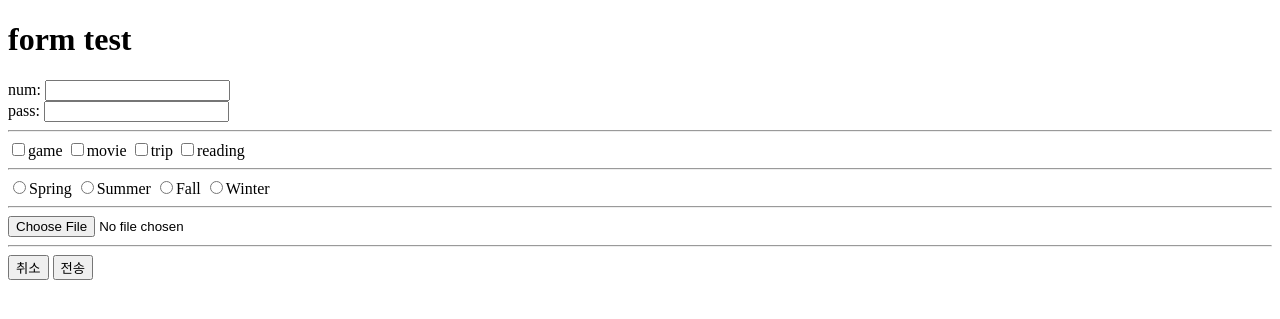
Repository: hyungju2/SSAFY_JavaPractice
Page: 20190211_HTML/web_java/HTMLProject/WebContent/html/InputTag.html
These files come from the project's save history. The page is drawn as it stood at one moment and after the next save; the edit follows.
The browser window is 1280 px wide. The pictures show the whole page.

Above is the page before, as saved 2019-02-11 05:51:16.

After the next save:
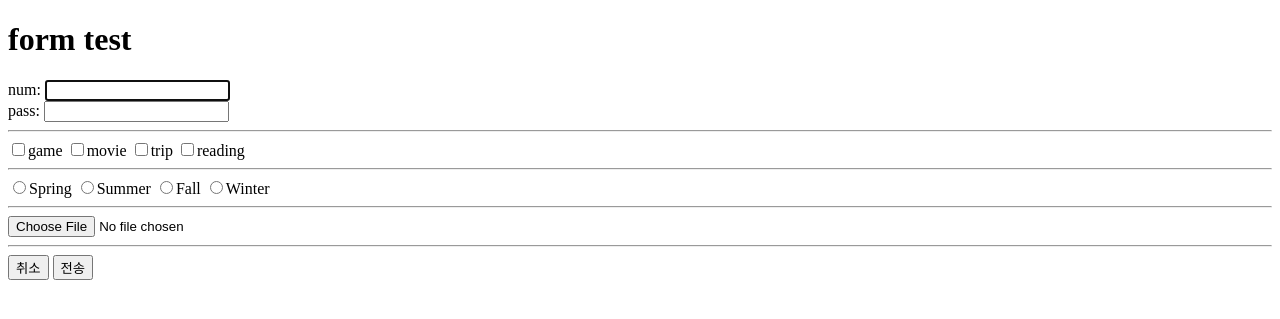
Saved 9 min 58 s later.
--- a/20190211_HTML/web_java/HTMLProject/WebContent/html/InputTag.html
+++ b/20190211_HTML/web_java/HTMLProject/WebContent/html/InputTag.html
@@ -8,7 +8,7 @@
 <!-- form tag: 클라이언트가 서버로 값을 전송할 때 사용하는 태그 -->
 <h1>form test</h1>
 <form method="post" action="welecome.jsp"> <!-- post타입은 보이지 않고, get타입은 보임. -->
-	num: <input type="text" name="num"><br>
+	num: <input type="text" name="num" autofocus placeholder"이름을 입력해주세요"><br>
 	pass: <input type="password" name="pass"><br>
 
 	<hr>
